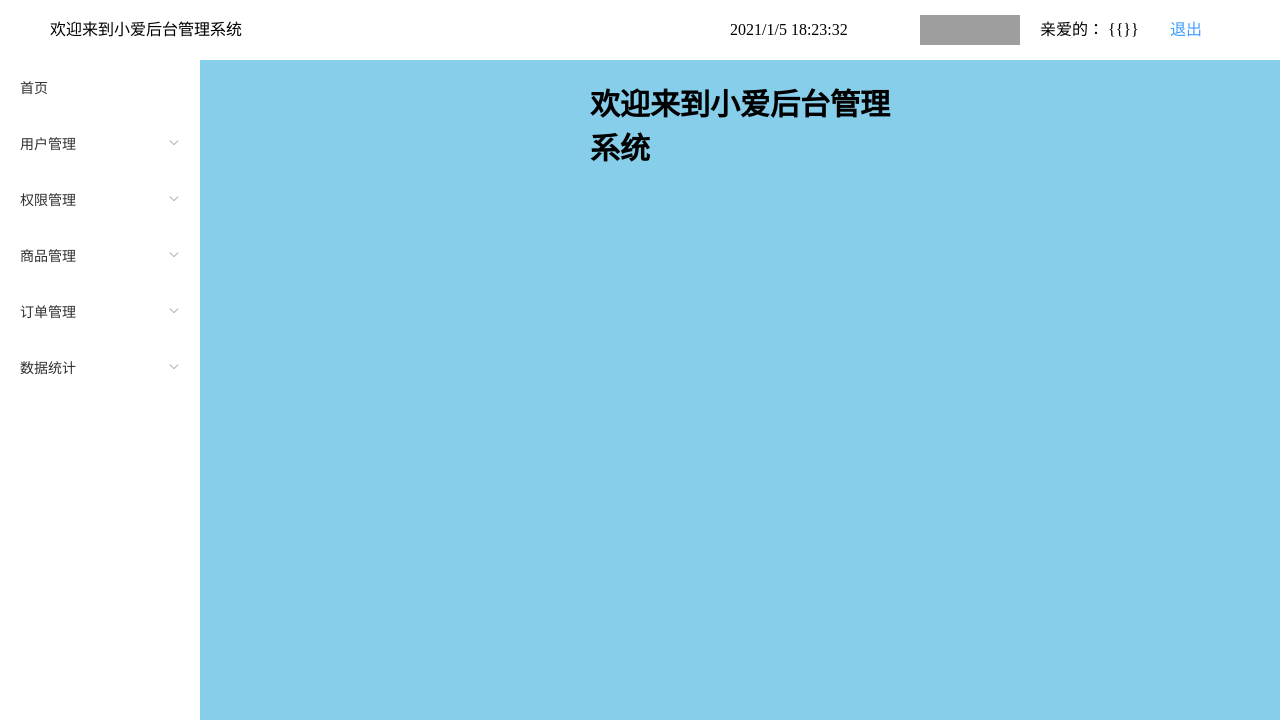
Repository: heyegang/vuex
Page: /
These files come from the project's save history. The page is drawn as it stood at one moment and after the next save; the edit follows.
The browser window is 1280 px wide. The pictures show the whole page.
Pictures or frames that could not be fetched are drawn as grey boxes. The project was rebuilt for these pictures with package versions that can differ from the ones it lists, and the page was loaded fresh each time. Also part of the build but not shown: vue.config.js.

Above is the page before, as saved 2021-01-06 15:12:21.

After the next save:
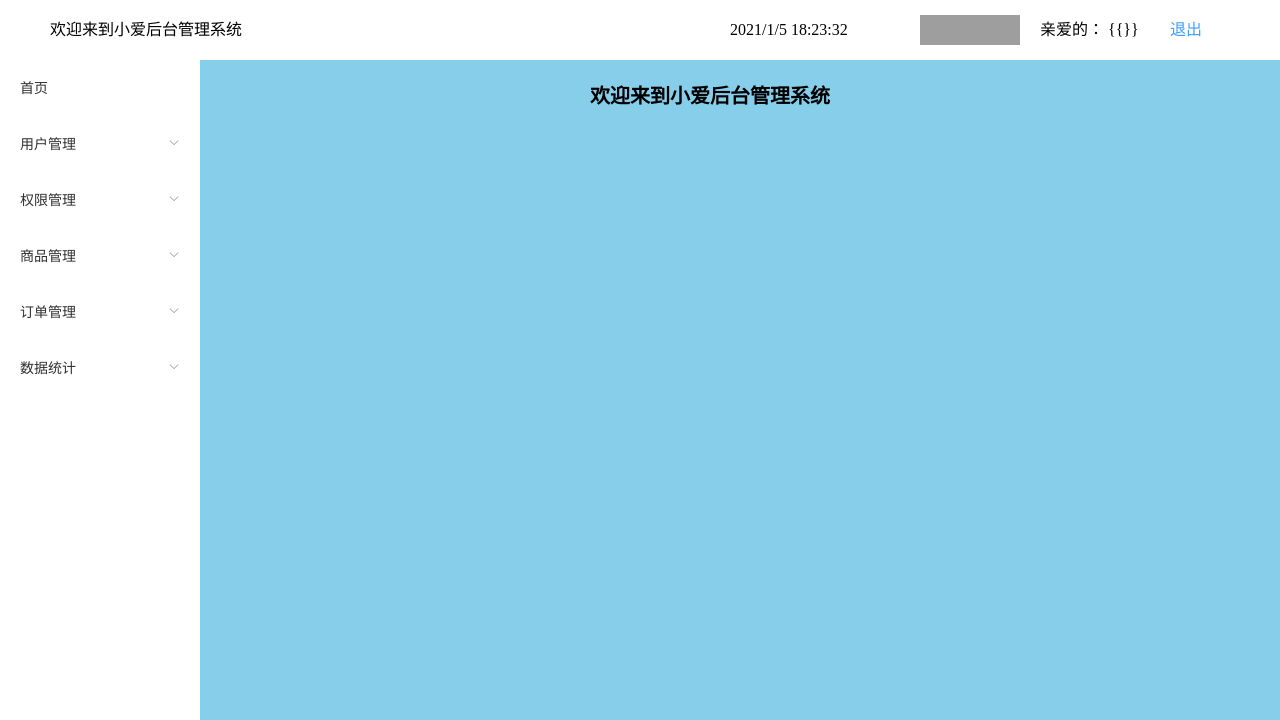
Saved 12 s later.
--- a/src/views/Home.vue
+++ b/src/views/Home.vue
@@ -25,7 +25,7 @@ export default {
 <style lang='scss' scoped>
 .hello{
   width: 300px;
-  font-size: 30px;
+  font-size: 20px;
   font-weight: bold;
   margin: 0 auto;
   position: relative;
